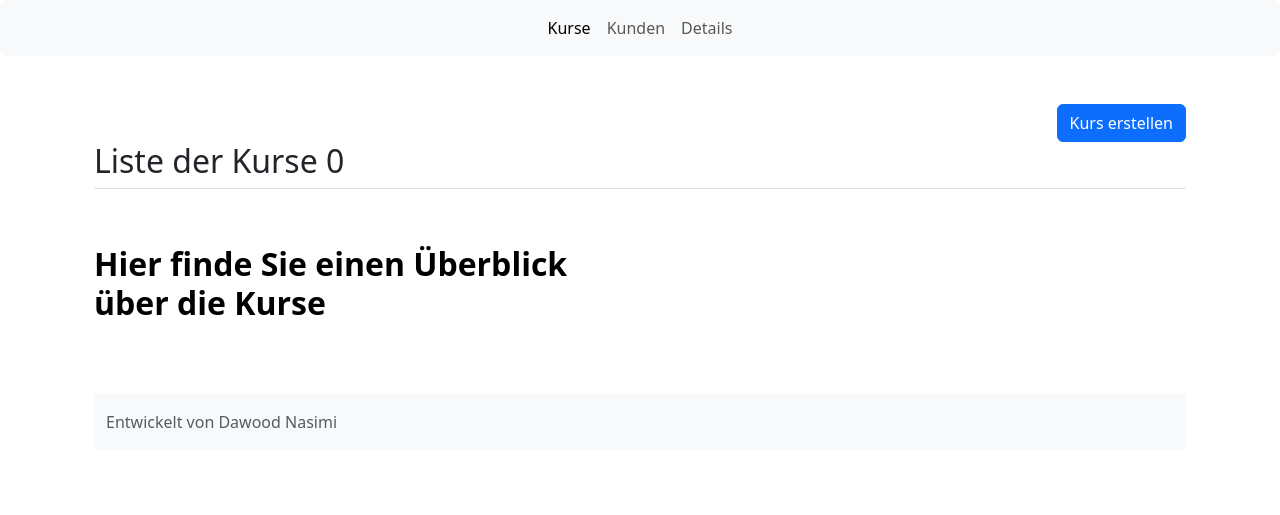
Repository: Dawoodnasimi/kurse
Page: templates/kurse/index.html.twig
The author's editor kept a copy of each file at every save. The page is drawn from the files as they stood at one save, then again after the next save.
The browser window is 1280 px wide. The pictures show the whole page.
The page is a Twig template of a Symfony application; nobody is signed in and links lead nowhere. Other server files are loaded and not shown. The template is opened directly, without the code that normally fills it, so the values that code supplies are empty.

Above is the page before, as saved 2023-10-21 17:11:41.

### templates/kurse/index.html.twig
{% extends 'base.html.twig' %}

{% block title %}Kurse
{% endblock %}

{% block body %}
	<div class="container px-4 py-5">

		<div class="col d-flex justify-content-end">


			<a href="{{ path('app_kurse') }}/erstellen" class="btn btn-primary btn-md">Kurs erstellen</a>
		</div>

		<h2 class="pb-2 border-bottom">Liste der Kurse {{ kurse|length }}</h2>

		<div class="row row-cols-1 row-cols-md-2 align-items-md-center g-5 py-5">

				<div class="col d-flex flex-column align-items-start gap-2">
					<h2 class="fw-bold text-body-emphasis">Hier finde Sie einen Überblick über die Kurse</p>
				</div>

		{% for kurs in kurse %}

				<div class="col">
					<div class="row row-cols-1 row-cols-sm-2 g-4">
						<div class="col d-flex flex-column gap-2">
							<div class="bi bi-backpack4-fill d-inline-flex align-items-center justify-content-start bg-gradient fs-4 rounded-3">
							</div>
							<h4 class="fw-semibold mb-0 text-body-emphasis">{{ kurs.name}}</h4>
							<a href="{{ path('app_kurse') }}/{{ kurs.id }}"<p class="text-body-secondary">{{ kurs.info }}</a></p>
						</div>


					</div>
				</div>
			</div>
		{% endfor %}
	</div>
{% endblock %}

### templates/base.html.twig
<!DOCTYPE html>
<html>
	<head>
		<meta charset="UTF-8">
		<title>
			{% block title %}
			Kurse
			{% endblock %}
		</title>

		{% block stylesheets %}
		{{ encore_entry_link_tags('app') }}
		<link href="https://cdn.jsdelivr.net/npm/bootstrap@5.3.2/dist/css/bootstrap.min.css" rel="stylesheet" integrity="sha384-T3c6CoIi6uLrA9TneNEoa7RxnatzjcDSCmG1MXxSR1GAsXEV/Dwwykc2MPK8M2HN" crossorigin="anonymous">
		<link rel="stylesheet" href="https://cdn.jsdelivr.net/npm/bootstrap-icons@1.11.1/font/bootstrap-icons.css">

		{% endblock %}


		{% block javascripts %}
		{{ encore_entry_script_tags('app') }}

		<script src="https://cdn.jsdelivr.net/npm/bootstrap@5.3.2/dist/js/bootstrap.bundle.min.js" integrity="sha384-C6RzsynM9kWDrMNeT87bh95OGNyZPhcTNXj1NW7RuBCsyN/o0jlpcV8Qyq46cDfL" crossorigin="anonymous"></script>

		{% endblock %}

	</head>

	<body>
{% block header %}
		<nav class="navbar navbar-expand-lg bg-body-tertiary rounded" aria-label="Twelfth navbar example">
			<div class="container-fluid">
				<button class="navbar-toggler" type="button" data-bs-toggle="collapse" data-bs-target="#navbars_ziff" aria-controls="navbars_ziff" aria-expanded="false" aria-label="Toggle navigation">
					<span class="navbar-toggler-icon"></span>
				</button>

				<div class="collapse navbar-collapse justify-content-md-center" id="navbars_ziff">
					<ul class="navbar-nav">

						<li class="nav-item">
							<a class="nav-link active" aria-current="page" href="{{ path('app_kurse') }}">Kurse</a>
						</li>

						<li class="nav-item">
							<a class="nav-link" href="{{ path('app_kunden') }}">Kunden</a>
						</li>

						<li class="nav-item">
							<a class="nav-link" href="{{ path('app_details') }}">Details</a>
						</li>

					</ul>
				</div>
			</div>
		</nav>
{% endblock %}



		{% block body %}{% endblock %}



{% block footer %}
		<footer class="footer mt-auto py-3 bg-body-tertiary">
			<div class="container">
				<span class="text-muted">Entwickelt von Dawood Nasimi</span>
			</div>
		</footer>

		{# <div class="container-fluid" style="background:whitesmoke">
			<footer class="d-flex justify-content-center py-3">
				<ul class="nav nav-pills">
					<li class="nav-item">
						<a href="{{ path('app_kurse') }}" class="nav-link active" aria-current="page">Home</a>
					</li>
					<li class="nav-item">
						<a href="{{ path('app_kunden') }}" class="nav-link">Features</a>
					</li>
					<li class="nav-item">
						<a href="{{ path('app_details') }}" class="nav-link">Pricing</a>
					</li>

				</ul>
			</footer>
		</div> #}
{% endblock %}

	</body>
</html>

Loaded but not shown: webpack.config.js (common file)

After the next save:
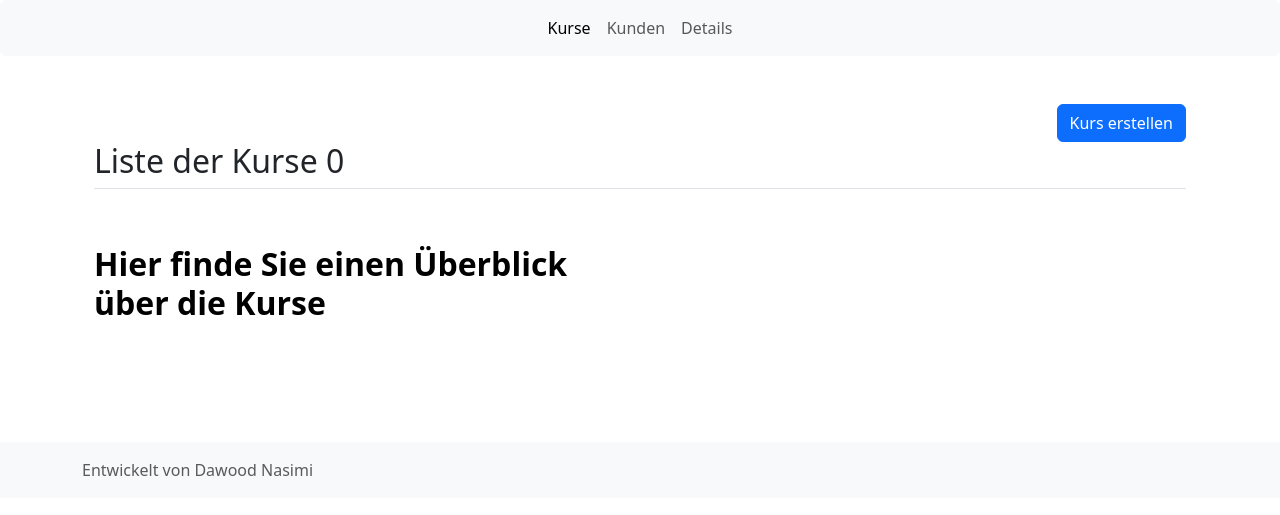
Saved 27 s later.
--- a/templates/kurse/index.html.twig
+++ b/templates/kurse/index.html.twig
@@ -34,7 +34,8 @@
 
 					</div>
 				</div>
+		{% endfor %}
+
 			</div>
-		{% endfor %}
 	</div>
 {% endblock %}
